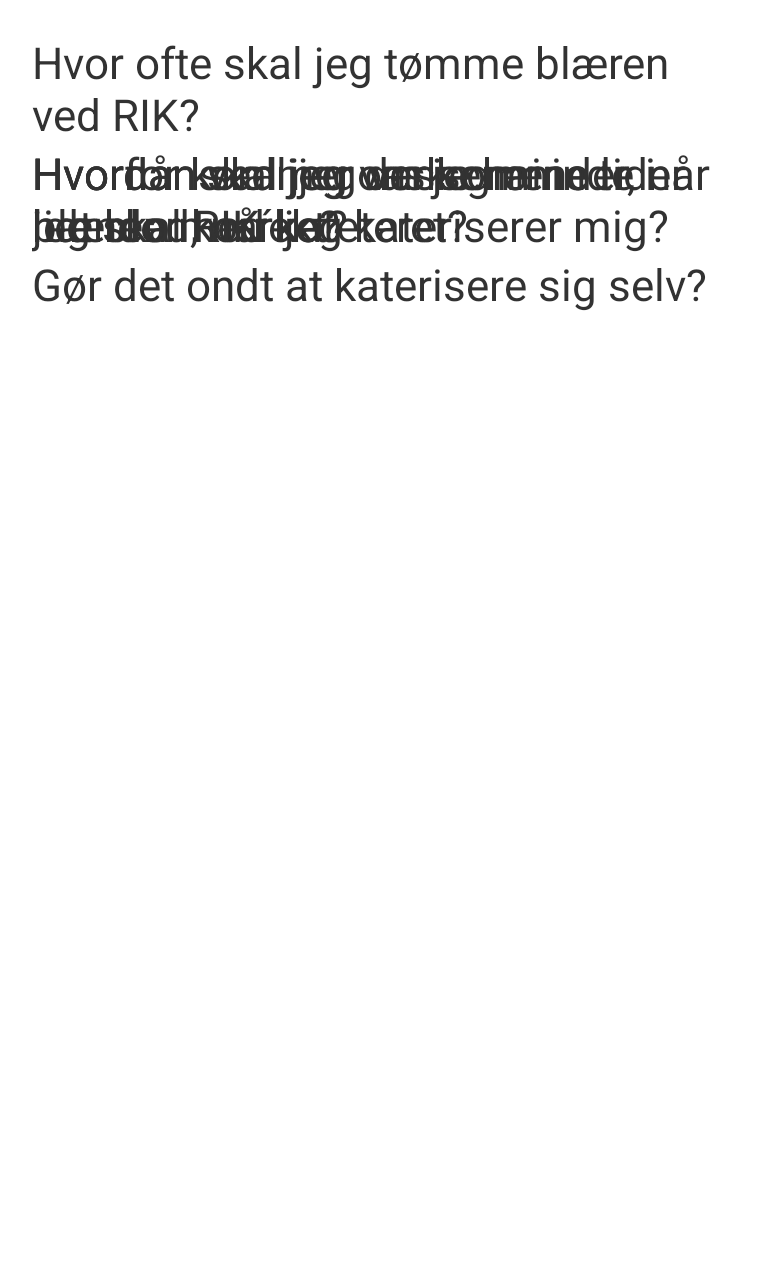
Repository: KingApollo/RIKapp2
Layout: RIKapp/res/layout/activity_information.xml
The author's editor kept a copy of each file at every save. The layout is drawn from the files as they stood at one save, then again after the next save.
It is drawn on a 768 x 1280 px phone screen (xhdpi) without system bars, with theme android:Theme.Light.NoTitleBar; the app's code is not run.

Above is the layout before, as saved 2014-10-10 12:18:20.

After the next save:
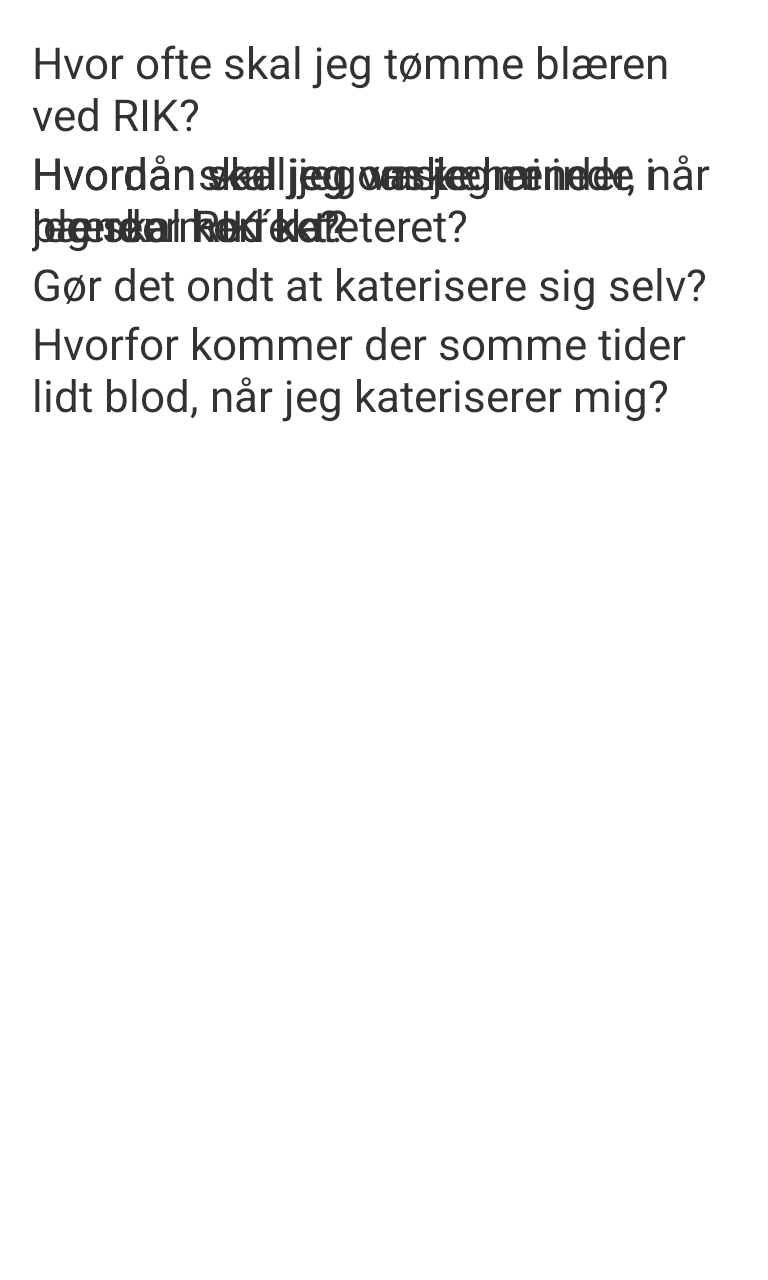
Saved 26 s later.
--- a/RIKapp/res/layout/activity_information.xml
+++ b/RIKapp/res/layout/activity_information.xml
@@ -45,7 +45,7 @@
     android:layout_width="wrap_content"
     android:layout_height="wrap_content"
     android:layout_alignLeft="@+id/tvHowOftenQuestion"
-    android:layout_below="@+id/tvHowOftenQuestion"
+    android:layout_below="@+id/tvDoesItHurtQuestion"
     android:clickable="true"
     android:onClick="toggle_contents"
     android:text="@string/whyBloodQuestion"
